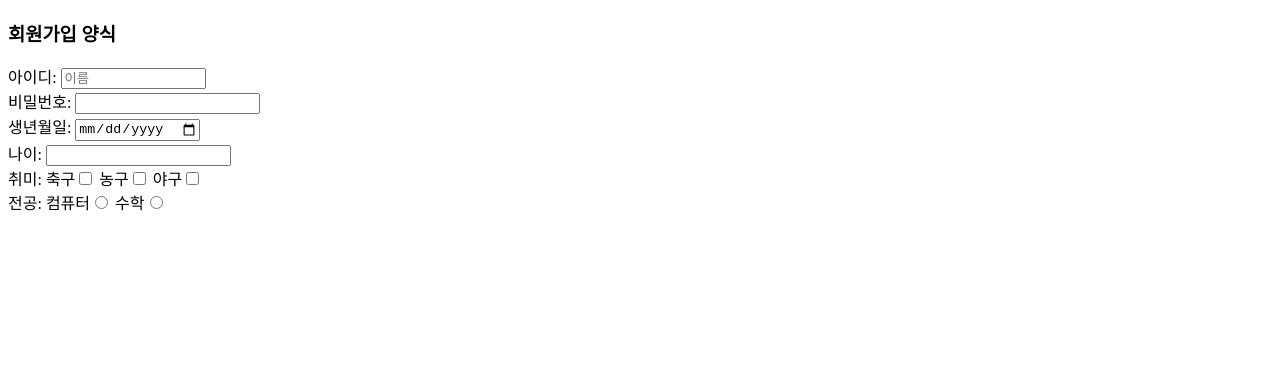
Repository: YeonHaw/jsp
Page: JSPBasic/src/main/webapp/HTML/Index05.html
The author's editor kept a copy of each file at every save. The page is drawn from the files as they stood at one save, then again after the next save.
The browser window is 1280 px wide. The pictures show the whole page.

Above is the page before, as saved 2023-12-27 02:46:52.

### JSPBasic/src/main/webapp/HTML/Index05.html
<!DOCTYPE html>
<html>
<head>
<meta charset="UTF-8">
<title>Insert title here</title>
</head>
<body>
<!--폼은 나중에, 데이터를 전송하기위한 역할 -->
<h3> 회원가입 양식</h3>

<from>
	아이디: <input type="text" name="ID" size="15" maxlength="5" placeholder="이름"><br>
	비밀번호: <input type="password" name="pw"><br>
	생년월일: <input type="date" name="brith"><br>
	나이: <input type="number" name="age"><br>

	취미:
	축구<input type="checkbox" name="al">
	농구<input type="checkbox" name="al">
	야구<input type="checkbox" name="al">

	<br>
	전공:
	컴퓨터<input type="radio"name="bl">
	수학<input type="radio"name="bl">
</from>
</body>
</html>

After the next save:
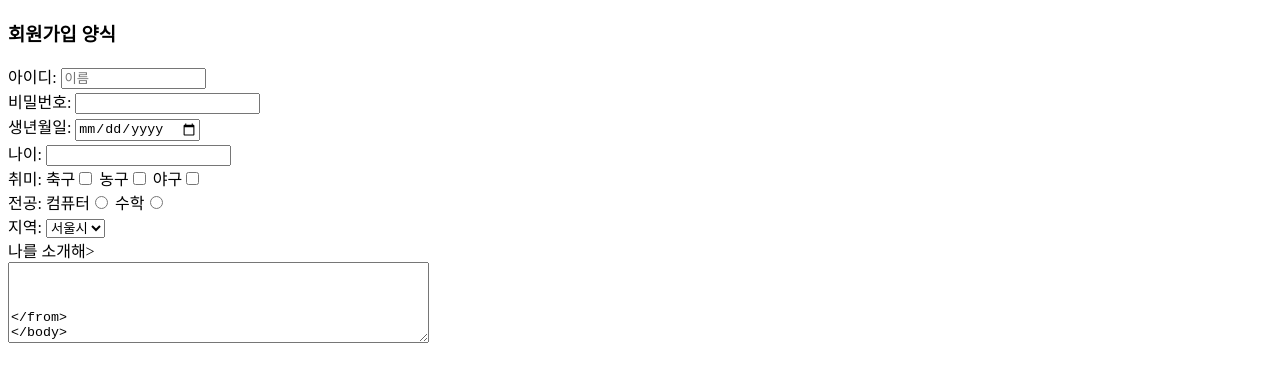
Saved 25 min 7 s later.
--- a/JSPBasic/src/main/webapp/HTML/Index05.html
+++ b/JSPBasic/src/main/webapp/HTML/Index05.html
@@ -13,7 +13,7 @@
 	비밀번호: <input type="password" name="pw"><br>
 	생년월일: <input type="date" name="brith"><br>
 	나이: <input type="number" name="age"><br>
-
+<!--체크박스, 라디오버튼 같은 경우 동일한 그룹인 경우, 동일한 이름으로 묶어준다-->
 	취미:
 	축구<input type="checkbox" name="al">
 	농구<input type="checkbox" name="al">
@@ -23,6 +23,20 @@
 	전공:
 	컴퓨터<input type="radio"name="bl">
 	수학<input type="radio"name="bl">
+
+	<br>
+	지역:
+	<select>
+		<option>서울시</option>
+		<option>경기도</option>
+		<option>제주도</option>
+	</select>
+	<br>
+	나를 소개해><br>
+	<textarea rows="5" cols="50">
+
+
+
 </from>
 </body>
 </html>
